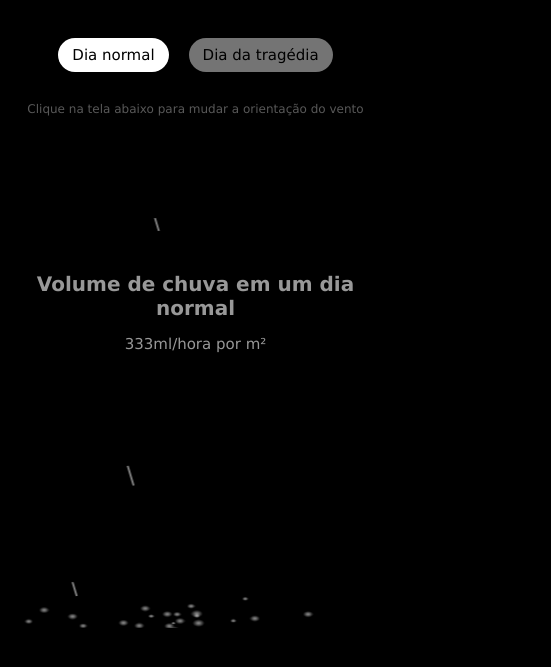
Repository: lucasthaynan/chuvas-estadao
Page: index.html
These files come from the project's save history. The page is drawn as it stood at one moment and after the next save; the edit follows.
The browser window is 375 px wide. The page is 551 px wide, so the pictures cover 551 px, including what lies to the right of the window. The pictures show the whole page.

Above is the page before, as saved 2023-02-24 14:42:47.
Console error: ReferenceError: dat is not defined

After the next save:
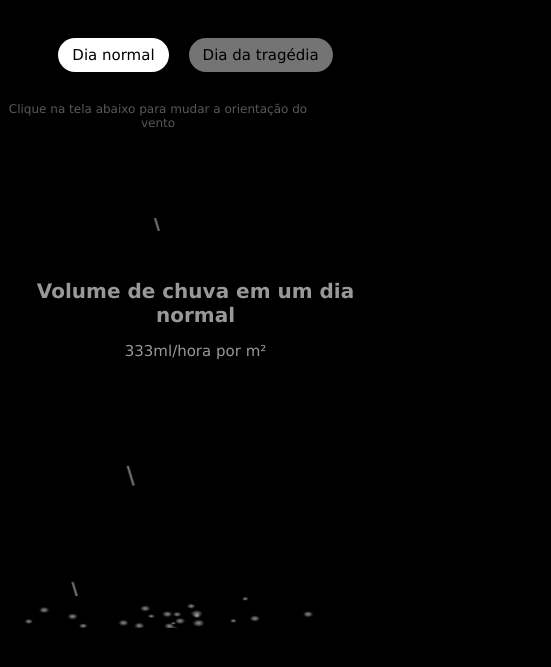
Saved 64 s later.
--- a/style.css
+++ b/style.css
@@ -44,6 +44,16 @@ canvas {
     canvas {
         /* display: none; */
         width: 100vw;
+        /* background-color: rgb(63, 147, 147); */
+    }
+}
+
+
+
+@media (max-width: 440px) {
+    p.legenda {
+        /* display: none; */
+        width: 80vw;
         /* background-color: rgb(63, 147, 147); */
     }
 }
